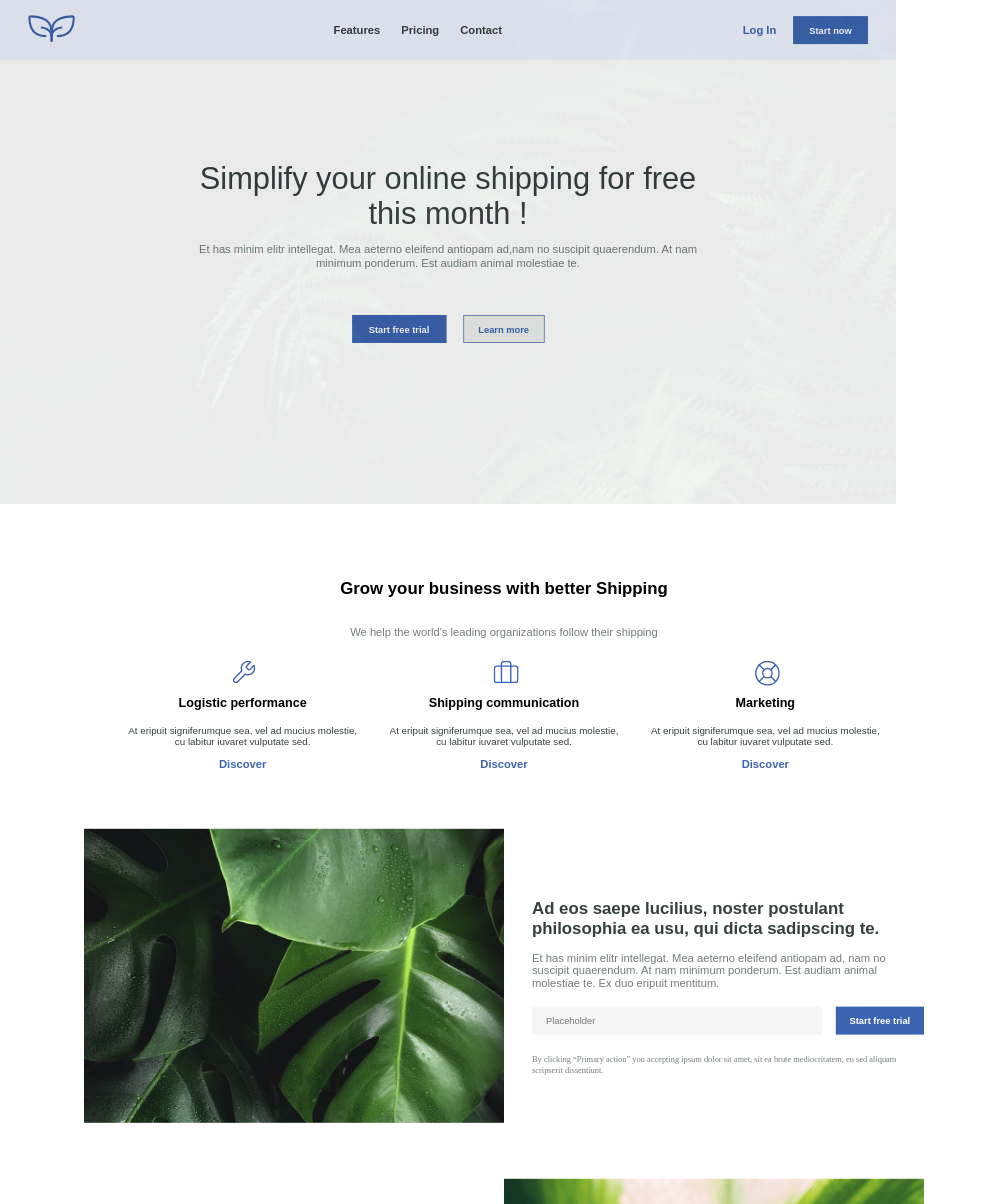
Repository: Mygit2001/LeTuSy_Test_Ecommage
Page: index.html
An editor plug-in stored every save of this project. The page is shown before and after a run of saves, followed by the edit.
The browser window is 1280 px wide. The page is 1440 px wide, so the pictures cover 1440 px, including what lies to the right of the window. The pictures show the part of the page from y = 0 to 1720 px (the page is 2604 px tall), at 70% of full size.
Some web fonts or font styles are not loaded; a fallback is used.

Above is the page before, as saved 2023-02-15 21:54:43.

After the next 3 saves:
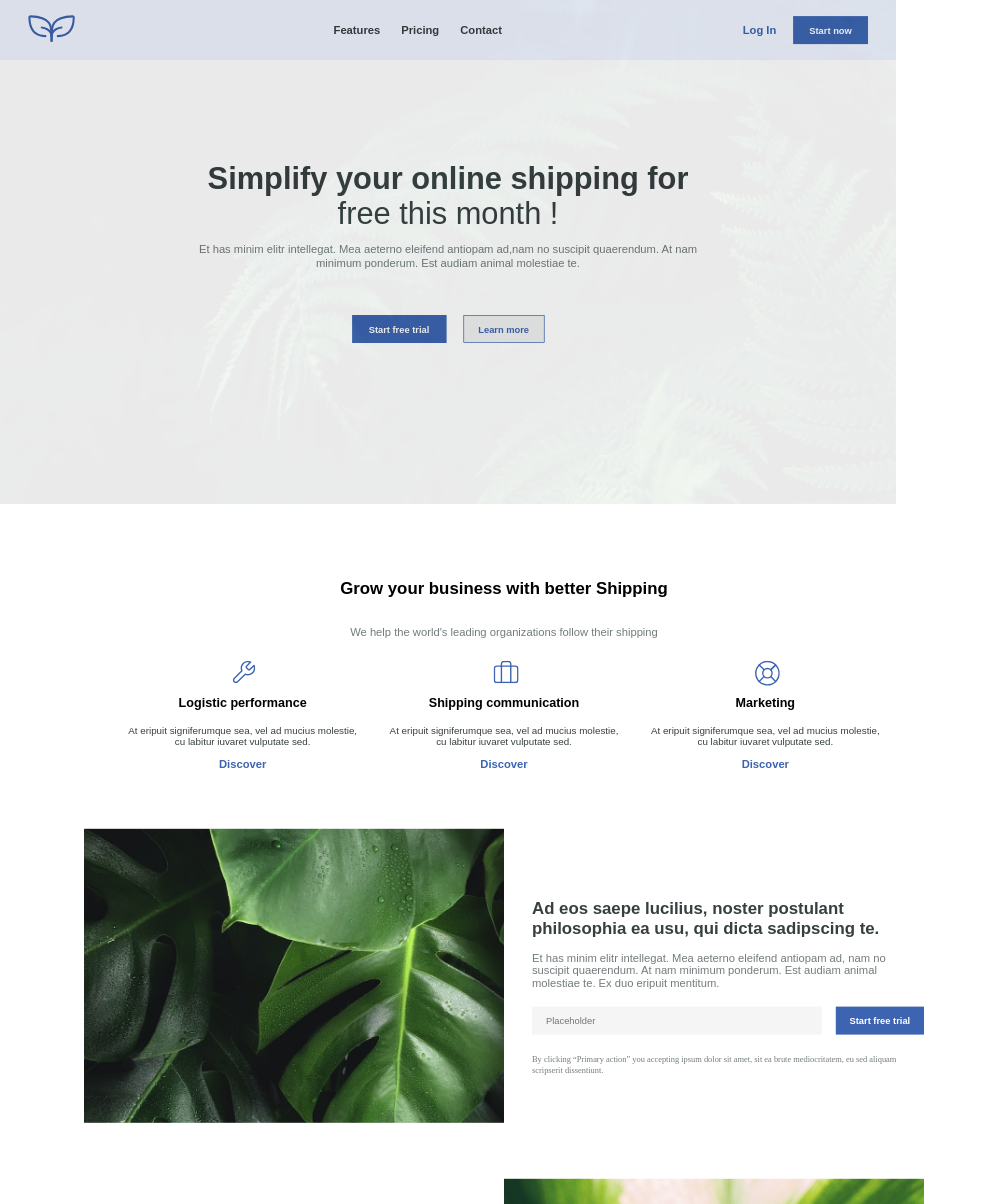
The 3 saves are shown as one change because they came seconds apart.
The last was saved 101 s later.
--- a/index.html
+++ b/index.html
@@ -72,7 +72,7 @@
       <div class="main_intro">
         <div class="main_intro-content">
           <div class="main_intro-content-text">
-            <span>Simplify your online shipping for </span>
+            <span class="fw-700">Simplify your online shipping for </span>
             <span>free this month !</span>
             <p>
               Et has minim elitr intellegat. Mea aeterno eleifend antiopam
